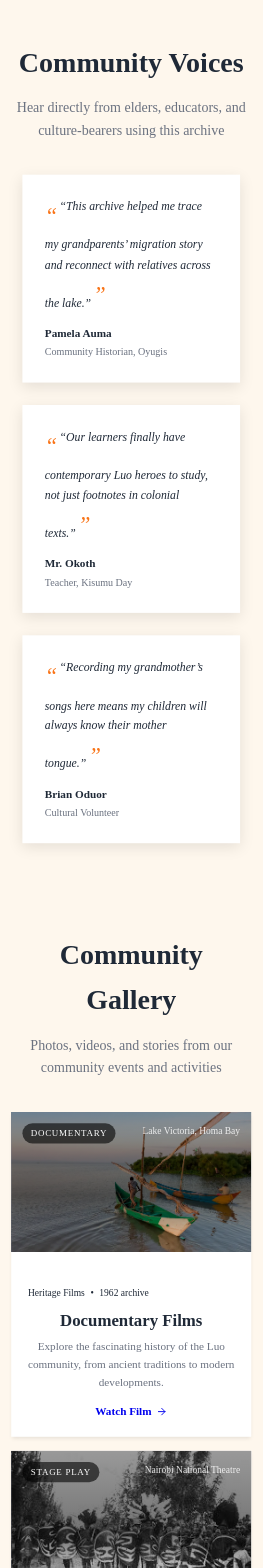
Repository: ianfranko/luo-community-history
Page: /
An editor plug-in stored every save of this project. The page is shown before and after the next save, followed by the edit.
The browser window is 375 px wide. The pictures show the part of the page from y = 1681 to 3921 px (the page is 8604 px tall before and 8197 px after), at 70% of full size.
The project was rebuilt for these pictures with package versions that can differ from the ones it lists, and the page was loaded fresh each time. The framework's server and built-in components were replaced by stand-ins that run in the browser. Also part of the build but not shown: next.config.ts.

Above is the page before, as saved 2025-11-23 06:38:45.

### src/app/layout.tsx
import type { Metadata } from "next";
import { Geist, Geist_Mono } from "next/font/google";
import "./globals.css";
import Layout from "@/components/Layout";

const geistSans = Geist({
  variable: "--font-geist-sans",
  subsets: ["latin"],
});

const geistMono = Geist_Mono({
  variable: "--font-geist-mono",
  subsets: ["latin"],
});

export const metadata: Metadata = {
  title: "Luo League of Nations",
  description: "Preserving and sharing the rich cultural heritage and history of the Luo people",
  icons: {
    icon: "/LLNLOGO.svg",
    shortcut: "/LLNLOGO.svg",
    apple: "/LLNLOGO.svg",
  },
};

export default function RootLayout({
  children,
}: Readonly<{
  children: React.ReactNode;
}>) {
  return (
    <html lang="en">
      <body
        className={`${geistSans.variable} ${geistMono.variable} antialiased`}
      >
        <Layout>{children}</Layout>
      </body>
    </html>
  );
}

### src/app/globals.css
/* Reset and base styles */
* {
  margin: 0;
  padding: 0;
  box-sizing: border-box;
}

:root {
  --primary-color: #f97316;
  --secondary-color: #eab308;
  --accent-color: #ea580c;
  --text-dark: #1f2937;
  --text-light: #6b7280;
  --bg-light: #fef7ed;
  --bg-white: #ffffff;
  --border-color: #e5e7eb;
  --shadow: 0 4px 6px -1px rgba(0, 0, 0, 0.1);
  --shadow-lg: 0 10px 15px -3px rgba(0, 0, 0, 0.1);
  --font-sans: var(--font-geist-sans), system-ui, -apple-system, sans-serif;
  --font-mono: var(--font-geist-mono), 'Courier New', monospace;

  /* New Colors */
  --forest-green: #2E7D32;
  --lake-blue: #0277BD;
  --cream: #F5F5DC;
}

body {
  font-family: var(--font-sans);
  line-height: 1.6;
  color: var(--text-dark);
  background-color: var(--bg-light);
}

/* Utility classes */
.container {
  max-width: 1200px;
  margin: 0 auto;
  padding: 0 1rem;
}

.flex {
  display: flex;
}

.flex-col {
  flex-direction: column;
}

.items-center {
  align-items: center;
}

.justify-center {
  justify-content: center;
}

.justify-between {
  justify-content: space-between;
}

.text-center {
  text-align: center;
}

.grid {
  display: grid;
}

.grid-cols-1 {
  grid-template-columns: repeat(1, minmax(0, 1fr));
}

.grid-cols-2 {
  grid-template-columns: repeat(2, minmax(0, 1fr));
}

.grid-cols-3 {
  grid-template-columns: repeat(3, minmax(0, 1fr));
}

.gap-2 {
  gap: 0.5rem;
}

.gap-4 {
  gap: 1rem;
}

.gap-6 {
  gap: 1.5rem;
}

.gap-8 {
  gap: 2rem;
}

.space-y-4 > * + * {
  margin-top: 1rem;
}

.space-y-6 > * + * {
  margin-top: 1.5rem;
}

.space-y-8 > * + * {
  margin-top: 2rem;
}

/* Typography */
.text-sm {
  font-size: 0.875rem;
}

.text-base {
  font-size: 1rem;
}

.text-lg {
  font-size: 1.125rem;
}

.text-xl {
  font-size: 1.25rem;
}

.text-2xl {
  font-size: 1.5rem;
}

.text-3xl {
  font-size: 1.875rem;
}

.text-4xl {
  font-size: 2.25rem;
}

.text-5xl {
  font-size: 3rem;
}

.font-semibold {
  font-weight: 600;
}

.font-bold {
  font-weight: 700;
}

/* Colors */
.text-primary {
  color: var(--primary-color);
}

.text-secondary {
  color: var(--secondary-color);
}

.text-gray-600 {
  color: var(--text-light);
}

.text-gray-700 {
  color: #374151;
}

.text-gray-800 {
  color: #1f2937;
}

.text-white {
  color: white;
}

.bg-primary {
  background-color: var(--primary-color);
}

.bg-secondary {
  background-color: var(--secondary-color);
}

.bg-white {
  background-color: var(--bg-white);
}

.bg-gradient {
  background: linear-gradient(135deg, var(--primary-color), var(--secondary-color));
}

/* New Color Utilities */
.text-forest-green {
  color: var(--forest-green);
}

.text-lake-blue {
  color: var(--lake-blue);
}

.bg-forest-green {
  background-color: var(--forest-green);
}

.bg-lake-blue {
  background-color: var(--lake-blue);
}

.bg-cream {
  background-color: var(--cream);
}

.border-forest-green {
  border-color: var(--forest-green);
}

.border-lake-blue {
  border-color: var(--lake-blue);
}

/* Spacing */
.p-4 {
  padding: 1rem;
}

.p-6 {
  padding: 1.5rem;
}

.p-8 {
  padding: 2rem;
}

.py-4 {
  padding-top: 1rem;
  padding-bottom: 1rem;
}

.py-8 {
  padding-top: 2rem;
  padding-bottom: 2rem;
}

.py-12 {
  padding-top: 3rem;
  padding-bottom: 3rem;
}

.py-16 {
  padding-top: 4rem;
  padding-bottom: 4rem;
}

.px-4 {
  padding-left: 1rem;
  padding-right: 1rem;
}

.px-6 {
  padding-left: 1.5rem;
  padding-right: 1.5rem;
}

.m-4 {
  margin: 1rem;
}

.mb-4 {
  margin-bottom: 1rem;
}

.mb-6 {
  margin-bottom: 1.5rem;
}

.mb-8 {
  margin-bottom: 2rem;
}

.mt-8 {
  margin-top: 2rem;
}

/* Border and shadow */
.rounded {
  border-radius: 0.25rem;
}

.rounded-lg {
  border-radius: 0.5rem;
}

.rounded-xl {
  border-radius: 0.75rem;
}

.shadow {
  box-shadow: var(--shadow);
}

.shadow-lg {
  box-shadow: var(--shadow-lg);
}

.border {
  border: 1px solid var(--border-color);
}

/* Button styles */
.btn {
  display: inline-flex;
  align-items: center;
  justify-content: center;
  padding: 0.75rem 1.5rem;
  border-radius: 0rem;
  font-weight: 600;
  text-decoration: none;
  transition: all 0.2s ease;
  cursor: pointer;
  border: none;
}

.btn-primary {
  background-color: var(--primary-color);
  color: white;
}

.btn-primary:hover {
  background-color: var(--accent-color);
  transform: translateY(-1px);
}

.btn-secondary {
  background-color: var(--secondary-color);
  color: white;
}

.btn-secondary:hover {
  background-color: #ca8a04;
  transform: translateY(-1px);
}

.btn-outline {
  background-color: transparent;
  color: var(--primary-color);
  border: 2px solid var(--primary-color);
}

.btn-outline:hover {
  background-color: var(--primary-color);
  color: white;
}

/* Card styles */
.card {
  background-color: var(--bg-white);
  border-radius: 0rem;
  box-shadow: var(--shadow);
  overflow: hidden;
  transition: transform 0.2s ease, box-shadow 0.2s ease;
}

.card:hover {
  transform: translateY(-2px);
  box-shadow: var(--shadow-lg);
}

.card-body {
  padding: 1.5rem;
}

.card-title {
  font-size: 1.25rem;
  font-weight: 600;
  margin-bottom: 0.5rem;
}

.card-text {
  color: var(--text-light);
  line-height: 1.6;
}

/* Responsive design */
@media (min-width: 768px) {
  .md\:grid-cols-2 {
    grid-template-columns: repeat(2, minmax(0, 1fr));
  }

  .md\:grid-cols-3 {
    grid-template-columns: repeat(3, minmax(0, 1fr));
  }

  .md\:flex {
    display: flex;
  }

  .md\:flex-row {
    flex-direction: row;
  }

  .md\:justify-center {
    justify-content: center;
  }

  .md\:gap-4 {
    gap: 1rem;
  }

  .md\:flex-wrap {
    flex-wrap: wrap;
  }

  .md\:text-left {
    text-align: left;
  }

  .md\:px-6 {
    padding-left: 1.5rem;
    padding-right: 1.5rem;
  }

  .md\:py-16 {
    padding-top: 4rem;
    padding-bottom: 4rem;
  }
}

@media (min-width: 1024px) {
  .lg\:grid-cols-3 {
    grid-template-columns: repeat(3, minmax(0, 1fr));
  }

  .lg\:grid-cols-4 {
    grid-template-columns: repeat(4, minmax(0, 1fr));
  }

  .lg\:px-8 {
    padding-left: 2rem;
    padding-right: 2rem;
  }

  .lg\:py-20 {
    padding-top: 5rem;
    padding-bottom: 5rem;
  }
}

/* Hero section styles */
.hero {
  background: linear-gradient(135deg, rgba(51, 23, 3, 0.2), rgba(156, 56, 3, 0.9)), url('/COLLECTIE_TROPENMUSEUM_Luo_dansers_in_krijgskostuum_tijdens_de_Eldoret_Agricultural_Show_TMnr_20014318.jpg') center/cover no-repeat;
  color: white;
  font-size: larger;
  padding: 11rem 0;
  position: relative;
  overflow: hidden;
}

.hero::before {
  content: '';
  position: absolute;
  inset: 0;
  /* First layer = black overlay, Second layer = grain texture */
  background:
    rgba(0, 0, 0, 0.85), /* black overlay */
    url("data:[embedded picture, 296 characters]");
  background-size: cover;
  opacity: 1; /* keep full strength — you already control transparency above */
  pointer-events: none;
  z-index: 1;
}

.hero > * {
  position: relative;
  z-index: 2;
}


.hero-content {
  position: relative;
  z-index: 1;
  max-width: 900px;
  margin: 0 auto;
  text-align: center;
}

/* Scalable heading and text */
.hero-content h1 {
  font-size: clamp(2rem, 5vw, 4rem);
  font-weight: 700;
  line-height: 1.2;
  margin-bottom: 1rem;
}

.hero-content p {
  font-size: clamp(1rem, 2.5vw, 1.25rem);
  line-height: 1.6;
  margin-bottom: 2rem;
}

/* Mobile-specific adjustments */
@media (max-width: 767px) {
  .hero {
    padding: 6rem 1rem;
  }

  .hero-content {
    text-align: center;
  }

  .hero-content h1 {
    font-size: clamp(1.5rem, 6vw, 3rem);
  }

  .hero-content p {
    font-size: clamp(0.9rem, 4vw, 1.1rem);
  }
}


/* Search styles */
.search-container {
  position: relative;
  max-width: 500px;
  margin: 0 auto;
}

.search-input {
  width: 100%;
  padding: 1rem 1.5rem;
  border-radius: 2rem;
  border: none;
  background-color: rgba(255, 255, 255, 0.9);
  font-size: 1rem;
  outline: none;
  transition: all 0.2s ease;
}

.search-input:focus {
  background-color: white;
  box-shadow: 0 0 0 3px rgba(249, 115, 22, 0.3);
}

.search-button {
  position: absolute;
  right: 0.5rem;
  top: 50%;
  transform: translateY(-50%);
  background-color: var(--primary-color);
  border: none;
  border-radius: 50%;
  width: 2.5rem;
  height: 2.5rem;
  display: flex;
  align-items: center;
  justify-content: center;
  cursor: pointer;
  transition: background-color 0.2s ease;
}

.search-button:hover {
  background-color: var(--accent-color);
}

/* Section styles */
.section {
  padding: 4rem 0;
}

.section-title {
  font-size: 2.5rem;
  font-weight: 700;
  text-align: center;
  margin-bottom: 1rem;
  color: var(--text-dark);
}

.section-subtitle {
  font-size: 1.25rem;
  text-align: center;
  color: var(--text-light);
  margin-bottom: 3rem;
  max-width: 600px;
  margin-left: auto;
  margin-right: auto;
}

.cta-card {
  background: rgba(255, 255, 255, 0.08);
  border: 1px solid rgba(255, 255, 255, 0.2);
  border-radius: 20px;
  padding: 2rem;
  backdrop-filter: blur(12px);
  box-shadow: 0 25px 45px rgba(0, 0, 0, 0.25);
  color: white;
  text-align: left;
}

.cta-stat {
  font-size: clamp(2.5rem, 4vw, 3.5rem);
  font-weight: 700;
  line-height: 1;
}

.cta-label {
  margin-top: 0.75rem;
  font-size: 0.95rem;
  letter-spacing: 0.12em;
  text-transform: uppercase;
  color: rgba(255, 255, 255, 0.85);
}

.cta-body {
  margin-top: 1rem;
  font-size: 1.05rem;
  line-height: 1.6;
  color: rgba(255, 255, 255, 0.95);
}

/* Feature grid */
.feature-grid {
  display: grid;
  grid-template-columns: repeat(auto-fit, minmax(300px, 2fr));
  gap: 2rem;
  margin-top: 3rem;
}

.feature-card {
  background-color: var(--bg-white);
  padding: 2rem;
  border-radius: 0rem;
  box-shadow: var(--shadow);
  text-align: center;
  transition: transform 0.2s ease, box-shadow 0.2s ease;
}

.feature-card:hover {
  transform: translateY(-4px);
  box-shadow: var(--shadow-lg);
}

.gallery-card-image {
  width: 100%;
  height: 200px;
  margin-bottom: 1.5rem;
  border-radius: 0rem;
  overflow: hidden;
  background-color: #0f172a;
  position: relative;
}

.feature-icon {
  width: 4rem;
  height: 4rem;
  background: var(--bg-gradient);
  border-radius: 50%;
  display: flex;
  align-items: center;
  justify-content: center;
  margin: 0 auto 1.5rem;
  color: white;
}

.feature-title {
  font-size: 1.5rem;
  font-weight: 600;
  margin-bottom: 1rem;
  color: var(--text-dark);
}

.feature-description {
  color: var(--text-light);
  line-height: 1.6;
}

/* Testimonials grid */
.testimonial-grid {
  display: grid;
  grid-template-columns: repeat(auto-fit, minmax(280px, 1fr));
  gap: 2rem;
  margin-top: 3rem;
  padding: 0 1rem;
}

/* Individual testimonial card */
.testimonial-card {
  background-color: var(--bg-white);
  padding: 2rem;
  border-radius: 0; /* sharp corners */
  box-shadow: 0 6px 20px rgba(0,0,0,0.1);
  transition: transform 0.3s ease, box-shadow 0.3s ease;
  position: relative;
  overflow: hidden;
}

/* Hover effect */
.testimonial-card:hover {
  transform: translateY(-6px) scale(1.02);
  box-shadow: 0 15px 30px rgba(0,0,0,0.15);
}

/* Quote styling */
.testimonial-quote {
  font-size: 1.05rem;
  line-height: 1.7;
  margin-bottom: 1rem;
  color: var(--text-dark);
  font-style: italic;
  position: relative;
}

/* Optional: quotation marks */
.testimonial-quote::before {
  content: "“";
  font-size: 2rem;
  vertical-align: top;
  color: var(--primary-color);
  margin-right: 0.2rem;
}

.testimonial-quote::after {
  content: "”";
  font-size: 2rem;
  vertical-align: bottom;
  color: var(--primary-color);
  margin-left: 0.2rem;
}

/* Author section */
.testimonial-author {
  margin-top: 0.5rem;
}

.author-name {
  font-weight: 600;
  color: var(--text-dark);
}

.author-title {
  font-size: 0.9rem;
  color: var(--text-light);
}

/* Stats section */
/* ========================= */
/* STATS SECTION RESPONSIVE  */
/* ========================= */
.stats-grid {
  display: grid;
  grid-template-columns: repeat(auto-fit, minmax(180px, 1fr));
  gap: 1.5rem; /* smaller gap for mobile */
  margin-top: 3rem;
  padding: 0 1rem; /* ensure padding on small screens */
}

.stat-item {
  text-align: center;
  padding: 1rem 1.5rem; /* slightly smaller padding for mobile */
  background-color: var(--bg-white);
  border-radius: 0.5rem;
  box-shadow: var(--shadow);
  transition: transform 0.2s ease, box-shadow 0.2s ease;
}

.stat-item:hover {
  transform: translateY(-4px);
  box-shadow: var(--shadow-lg);
}

.stat-number {
  font-size: clamp(2rem, 5vw, 3rem); /* scales from mobile to desktop */
  font-weight: 700;
  color: var(--primary-color);
  display: block;
  line-height: 1.2;
}

.stat-label {
  font-size: clamp(0.9rem, 2.5vw, 1.1rem); /* scales nicely */
  color: var(--text-light);
  margin-top: 0.5rem;
}

/* Extra small devices adjustments */
@media (max-width: 480px) {
  .stats-grid {
    gap: 1rem;
  }

  .stat-item {
    padding: 0.75rem 1rem;
  }
}


/* Navigation styles */
.header-nav {
  display: none;
}

.desktop-nav-links {
  display: flex;
  gap: 2rem;
  align-items: center;
}

.menu-toggle {
  display: block;
}

.nav-link {
  color: var(--text-dark);
  text-decoration: none;
  font-weight: 500;
  transition: color 0.2s ease;
  display: flex;
  align-items: center;
  gap: 0.5rem;
  padding: 0.5rem 0.75rem;
  border-radius: 0.5rem;
  position: relative;
}

.nav-link:hover {
  color: var(--primary-color);
}

.nav-link-active {
  color: var(--primary-color);
  font-weight: 600;
}

.nav-link.nav-link-active::after {
  content: '';
  position: absolute;
  left: 0.75rem;
  right: 0.75rem;
  bottom: 0.25rem;
  height: 2px;
  background-color: var(--primary-color);
}

.nav-link-mobile.nav-link-active {
  color: var(--primary-color);
  font-weight: 600;
}

.nav-link-mobile {
  display: flex;
  align-items: center;
  gap: 0.5rem;
  padding: 0.75rem;
  color: var(--text-dark);
  text-decoration: none;
  border-radius: 0.5rem;
  transition: color 0.2s ease;
}

.nav-link-mobile:hover {
  color: var(--primary-color);
}

.mobile-nav {
  width: 100%;
  background-color: var(--bg-white);
  border-top: 1px solid var(--border-color);
  box-shadow: var(--shadow);
  animation: mobileNavReveal 0.2s ease;
}

@keyframes mobileNavReveal {
  from {
    opacity: 0;
    transform: translateY(-8px);
  }
  to {
    opacity: 1;
    transform: translateY(0);
  }
}

@media (min-width: 768px) {
  .header-nav {
    display: flex;
  }

  .menu-toggle {
    display: none;
  }

  .mobile-nav {
    display: none;
  }
}

/* Footer styles */
.footer {
  background-color: var(--text-dark);
  color: white;
  padding: 3rem 0 1rem;
}

.footer-content {
  display: grid;
  grid-template-columns: repeat(auto-fit, minmax(250px, 1fr));
  gap: 2rem;
  margin-bottom: 2rem;
}

.footer-section h3 {
  font-size: 1.25rem;
  font-weight: 600;
  margin-bottom: 1rem;
}

.footer-section ul {
  list-style: none;
}

.footer-section li {
  margin-bottom: 0.5rem;
}

.footer-section a {
  color: #9ca3af;
  text-decoration: none;
  transition: color 0.2s ease;
}

.footer-section a:hover {
  color: var(--primary-color);
}

.footer-bottom {
  border-top: 1px solid #374151;
  padding-top: 1rem;
  text-align: center;
  color: #9ca3af;
}

### src/components/Layout.tsx
'use client'

import Link from 'next/link'
import Image from 'next/image'
import { useEffect, useState } from 'react'
import { Menu, X, ShoppingBag } from 'lucide-react'
import { usePathname } from 'next/navigation'

const navigation = [
  { name: 'Home', href: '/' },
  { name: 'About', href: '/about' },
  { name: 'Events', href: '/events' },
  { name: 'Gallery', href: '/Gallery' },
  { name: 'Blogs', href: '/BlogList' },
  { name: 'Drama', href: '/Drama' },
  { name: 'Mentorship', href: '/mentorship' },
  { name: 'Games', href: '/games' },
]

export default function Layout({ children }: { children: React.ReactNode }) {
  const [isMenuOpen, setIsMenuOpen] = useState(false)
  const pathname = usePathname()

  useEffect(() => {
    setIsMenuOpen(false)
  }, [pathname])

  useEffect(() => {
    if (!isMenuOpen) return

    const handleKeyDown = (event: KeyboardEvent) => {
      if (event.key === 'Escape') {
        setIsMenuOpen(false)
      }
    }

    window.addEventListener('keydown', handleKeyDown)
    return () => window.removeEventListener('keydown', handleKeyDown)
  }, [isMenuOpen])

  return (
    <div style={{ minHeight: '100vh', backgroundColor: 'var(--bg-light)' }}>
      {/* Header */}
      <header style={{
        backgroundColor: 'var(--bg-white)',
        boxShadow: 'var(--shadow-lg)',
        position: 'sticky',
        top: 0,
        zIndex: 50
      }}>
        <div className="container">
          <div style={{
            display: 'flex',
            justifyContent: 'space-between',
            alignItems: 'center',
            height: '4rem'
          }}>
            {/* Logo */}
            <Link
              href="/"
              style={{
                display: 'flex',
                alignItems: 'center',
                gap: '0.5rem',
                textDecoration: 'none',
              }}
            >
              <Image
                src="/LLNLOGO.svg"
                alt="Luo League of Nations Logo"
                width={32}
                height={32}
                style={{ objectFit: 'contain' }}
              />
              <span style={{ fontSize: '1.25rem', fontWeight: '700', color: 'var(--text-dark)' }}>
                Luo League of Nations
              </span>
            </Link>

            {/* Desktop Navigation */}
            <nav className="header-nav" aria-label="Primary navigation">
              <div className="desktop-nav-links">
                {navigation.map((item) => {
                  const isActive =
                    item.href === '/'
                      ? pathname === item.href
                      : pathname?.startsWith(item.href)

                  return (
                    <Link
                      key={item.name}
                      href={item.href}
                      className={`nav-link ${isActive ? 'nav-link-active' : ''}`}
                    >
                      <span>{item.name}</span>
                    </Link>
                  )
                })}
              </div>
            </nav>

            {/* Shop Merch Link */}
            <Link
              href="/shop"
              className="nav-link"
              style={{
                marginLeft: '2rem'
              }}
            >
              <ShoppingBag size={20} />
              <span className="shop-text">Shop</span>
            </Link>

            {/* Hamburger menu button */}
            <button
              className="menu-toggle"
              style={{
                padding: '0.5rem',
                color: 'var(--text-dark)',
                border: 'none',
                background: 'none',
                cursor: 'pointer'
              }}
              aria-label={isMenuOpen ? 'Close navigation menu' : 'Open navigation menu'}
              aria-expanded={isMenuOpen}
              aria-controls="mobile-nav"
              onClick={() => setIsMenuOpen(!isMenuOpen)}
            >
              {isMenuOpen ? <X size={24} /> : <Menu size={24} />}
            </button>
          </div>
        </div>

        {/* Navigation Dropdown */}
        {isMenuOpen && (
          <nav
            id="mobile-nav"
            aria-label="Mobile navigation"
            className="mobile-nav"
          >
            <div style={{
              padding: '1rem'
            }} className="flex flex-col gap-2 md:flex-row md:justify-center md:gap-4 md:flex-wrap">
              {navigation.map((item) => {
                const isActive =
                  item.href === '/'
                    ? pathname === item.href
                    : pathname?.startsWith(item.href)

                return (
                  <Link
                    key={item.name}
                    href={item.href}
                    className={`nav-link-mobile ${isActive ? 'nav-link-active' : ''}`}
                    onClick={() => setIsMenuOpen(false)}
                  >
                    <span>{item.name}</span>
                  </Link>
                )
              })}

              {/* Shop Merch in Mobile Nav */}
              <Link
                href="/shop"
                className="nav-link-mobile"
                onClick={() => setIsMenuOpen(false)}
              >
                <ShoppingBag size={20} />
                <span>Shop Merch</span>
              </Link>

            </div>
          </nav>
        )}
      </header>

      {/* Main Content */}
      <main style={{ flex: 1 }}>
        {children}
      </main>

      {/* Footer */}
      <footer className="footer">
        <div className="container">
          <div className="footer-content">
            <div className="footer-section">
              <div style={{ display: 'flex', alignItems: 'center', gap: '0.5rem', marginBottom: '1rem' }}>
                <Image
                  src="/lln.svg"
                  alt="Luo League of Nations Logo"
                  width={32}
                  height={32}
                  style={{ objectFit: 'contain' }}
                />
                <span style={{ fontSize: '1.25rem', fontWeight: '700' }}>Luo League of Nations</span>
              </div>
              <p style={{ color: '#9ca3af', marginBottom: '1rem' }}>
                Preserving and sharing the rich cultural heritage and history of the Luo people for future generations.
              </p>
            </div>

            <div className="footer-section">
              <h3>Quick Links</h3>
              <ul>
                <li><Link href="/culture">Culture</Link></li>
                <li><Link href="/people">Notable People</Link></li>
                <li><Link href="/places">Historical Places</Link></li>
                <li><Link href="/events">Events</Link></li>
                <li><Link href="/Gallery">Gallery</Link></li>
              </ul>
            </div>

            <div className="footer-section">
              <h3>Community</h3>
              <ul>
                <li><Link href="/about">About Us</Link></li>
                <li><Link href="/contact">Contact</Link></li>
              </ul>
            </div>
          </div>

          <div className="footer-bottom">
            <p>&copy; 2025 Luo League of Nations. All rights reserved.</p>
          </div>
        </div>
      </footer>


    </div>
  )
}

Loaded but not shown: src/app/page.tsx (483 lines, source omitted)

After the next save:
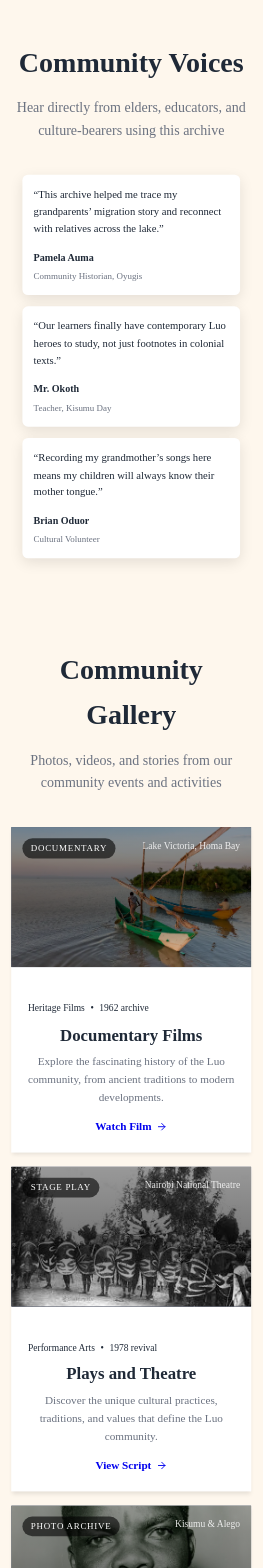
Saved 39 s later.
--- a/src/app/globals.css
+++ b/src/app/globals.css
@@ -447,10 +447,11 @@ body {
 
 /* Hero section styles */
 .hero {
-  background: linear-gradient(135deg, rgba(51, 23, 3, 0.2), rgba(156, 56, 3, 0.9)), url('/COLLECTIE_TROPENMUSEUM_Luo_dansers_in_krijgskostuum_tijdens_de_Eldoret_Agricultural_Show_TMnr_20014318.jpg') center/cover no-repeat;
+  background: linear-gradient(135deg, rgba(51, 23, 3, 0.2), rgba(156, 56, 3, 0.9)),
+              url('/COLLECTIE_TROPENMUSEUM_Luo_dansers_in_krijgskostuum_tijdens_de_Eldoret_Agricultural_Show_TMnr_20014318.jpg') center/cover no-repeat;
   color: white;
   font-size: larger;
-  padding: 11rem 0;
+  padding: 11rem 1rem; /* base padding for desktop */
   position: relative;
   overflow: hidden;
 }
@@ -459,12 +460,10 @@ body {
   content: '';
   position: absolute;
   inset: 0;
-  /* First layer = black overlay, Second layer = grain texture */
   background:
-    rgba(0, 0, 0, 0.85), /* black overlay */
+    rgba(0, 0, 0, 0.85),
     url("data:[embedded picture, 296 characters]");
   background-size: cover;
-  opacity: 1; /* keep full strength — you already control transparency above */
   pointer-events: none;
   z-index: 1;
 }
@@ -473,7 +472,6 @@ body {
   position: relative;
   z-index: 2;
 }
-
 
 .hero-content {
   position: relative;
@@ -676,56 +674,27 @@ body {
 .testimonial-grid {
   display: grid;
   grid-template-columns: repeat(auto-fit, minmax(280px, 1fr));
-  gap: 2rem;
+  gap: 1.5rem; /* slightly reduced for small screens */
   margin-top: 3rem;
   padding: 0 1rem;
 }
 
-/* Individual testimonial card */
 .testimonial-card {
   background-color: var(--bg-white);
-  padding: 2rem;
-  border-radius: 0; /* sharp corners */
+  padding: 1.5rem; /* reduced padding for mobile */
+  border-radius: 0.5rem; /* slight rounding for touch-friendly */
   box-shadow: 0 6px 20px rgba(0,0,0,0.1);
   transition: transform 0.3s ease, box-shadow 0.3s ease;
   position: relative;
   overflow: hidden;
 }
 
-/* Hover effect */
-.testimonial-card:hover {
-  transform: translateY(-6px) scale(1.02);
-  box-shadow: 0 15px 30px rgba(0,0,0,0.15);
-}
-
-/* Quote styling */
 .testimonial-quote {
-  font-size: 1.05rem;
-  line-height: 1.7;
+  font-size: clamp(0.95rem, 2.5vw, 1.1rem);
+  line-height: 1.6;
   margin-bottom: 1rem;
-  color: var(--text-dark);
-  font-style: italic;
-  position: relative;
-}
-
-/* Optional: quotation marks */
-.testimonial-quote::before {
-  content: "“";
-  font-size: 2rem;
-  vertical-align: top;
-  color: var(--primary-color);
-  margin-right: 0.2rem;
-}
-
-.testimonial-quote::after {
-  content: "”";
-  font-size: 2rem;
-  vertical-align: bottom;
-  color: var(--primary-color);
-  margin-left: 0.2rem;
-}
-
-/* Author section */
+}
+
 .testimonial-author {
   margin-top: 0.5rem;
 }
@@ -733,11 +702,23 @@ body {
 .author-name {
   font-weight: 600;
   color: var(--text-dark);
+  font-size: clamp(0.9rem, 2vw, 1rem);
 }
 
 .author-title {
-  font-size: 0.9rem;
+  font-size: clamp(0.8rem, 1.8vw, 0.9rem);
   color: var(--text-light);
+}
+
+/* Optional: reduce gap on very small devices */
+@media (max-width: 480px) {
+  .testimonial-grid {
+    gap: 1rem;
+  }
+
+  .testimonial-card {
+    padding: 1rem;
+  }
 }
 
 /* Stats section */
